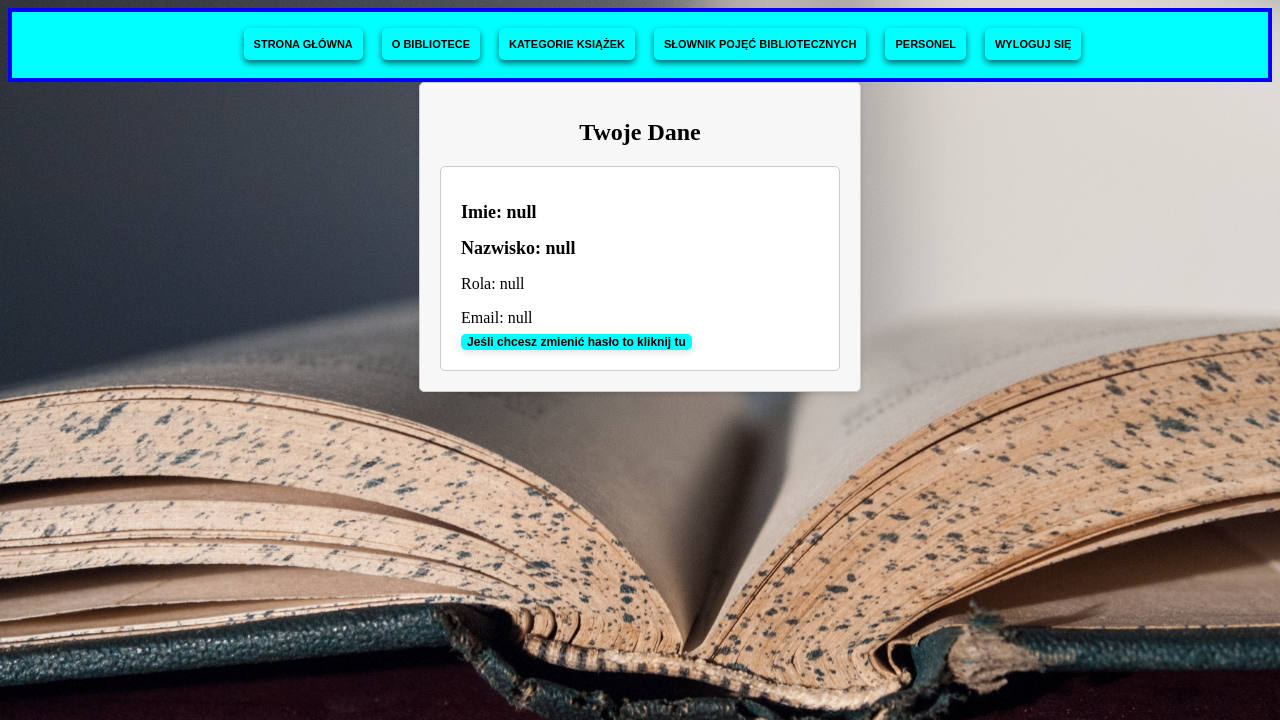
Repository: Dominik098/projekt
Page: http://localhost/biblioteka/info_o_koncie.jsp
An editor plug-in stored every save of this project. The page is shown before and after the next save, followed by the edit.
The browser window is 1280 px wide. The pictures show the whole page.
The page is served by Tomcat 9. Other server files are loaded and not shown.

Above is the page before, as saved 2023-06-23 20:18:01.

### java projekt/biblioteka/src/main/webapp/info_o_koncie.jsp
 <%@ page language="java" contentType="text/html; charset=UTF-8"%>
<!DOCTYPE html>
<html>
<head>
  <title>Informacje o użytkowniku</title>
  <link rel="stylesheet" type="text/css" href="info_uz.css">
</head>
<body>

  <header>
    <nav>
      <ul>
        <li class="znacznik"><a href="A_strona-gl.jsp"><button class="pobierz">Strona główna</button></a></li>
        <li class="znacznik"><a href="B_O bibiotece.jsp"><button class="pobierz">O bibliotece</button></a></li>
        <li class="znacznik"><a href="C_Kategorie-książek.jsp"><button class="pobierz">Kategorie książek</button></a></li>
        <!--   <li><a href="D_Wypożyczenia.jsp"><button class="pobierz" >Wypożyczane </a></li>-->
        <li class="znacznik"><a href="E_Słownik pojęć.jsp"><button class="pobierz">Słownik pojęć bibliotecznych</button></a></li>
        <li class="znacznik"><a href="F_personel.jsp"><button class="pobierz">Personel</button></a></li>
        <!-- <li class="znacznik"><a href="G_login.jsp">Logowanie</a></li>
        <li class="znacznik"><a href="H_rejestracja.jsp">Rejestracja</a></li>-->

        <li><a href="#" onclick="confirmLogout()"><button class="pobierz">Wyloguj się</button></a></li>
      </ul>
    </nav>
  </header>




  <div class="container">
    <h1>Twoje Dane</h1>
    <div class="user-info">
      <div class="user-details">
        <h2>Imie: <%=session.getAttribute("aimie") %></h2>
        <h2>Nazwisko: <%=session.getAttribute("anazwisko") %></h2>
        <p>Rola: <%=session.getAttribute("administrator") %></p>
        <p>Email: <%=session.getAttribute("email-login") %></p>
        <a href="forgotPassword.jsp"><button class="klik">Jeśli chcesz zmienić hasło to kliknij tu</button></a>


      </div>
    </div>
  </div>
</body>
</html>

### java projekt/biblioteka/src/main/webapp/info_uz.css
body {
  background-image: url(zdj.jpg);
  background-size: 1400px;
}

header {
  border: 4px;
  background-color: aqua;
  border: 4px solid blue;
  padding-bottom: 2px;
}
.nav {
  text-align: center;
  padding: 10px;

}
ul li {
  display: inline;
  margin-left: 5px;
  padding: 5px;


}

ul {
  text-align: center;
}
.pobierz{

  display: inline-block;
  padding: 10px 10px;
  font-size: 11px;
  font-weight: bold;
  text-align: center;
  text-transform: uppercase;
  color: black;
  background-color:  aqua;
  border: none;
  border-radius: 5px;
  box-shadow: 0 3px 6px rgba(0, 0, 0, 0.6);
  cursor: pointer;
  transition: background-color 0.3s ease;
}

.pobierz:hover {
  background-color: #0056b3;
}

.container {
  width: 400px;
  margin: 0 auto;
  padding: 20px;
  background-color: #f7f7f7;
  border: 1px solid #ccc;
  border-radius: 5px;
  box-shadow: 0 2px 5px rgba(0, 0, 0, 0.1);
}

h1 {
  text-align: center;
  font-size: 24px;
  margin-bottom: 20px;
}

.user-info {
  margin-top: 20px;
}

.user-details {
  background-color: #fff;
  padding: 20px;
  border: 1px solid #ccc;
  border-radius: 5px;
}

h2 {
  font-size: 18px;
  margin-bottom: 10px;
}

p {
  margin-bottom: 5px;
}
.klik {
  background-color: transparent;
  border: none;
  cursor: pointer;
  background-color:  aqua;
  border: none;
  border-radius: 5px;
  box-shadow: 0 3px 6px rgba(0, 0, 0, 0.1);
  font-size: 12px;
  font-weight: bold;
  text-align: center;
}

.klik:hover {
  background-color: #0056b3;
  color: #ffffff;
}

After the next save:
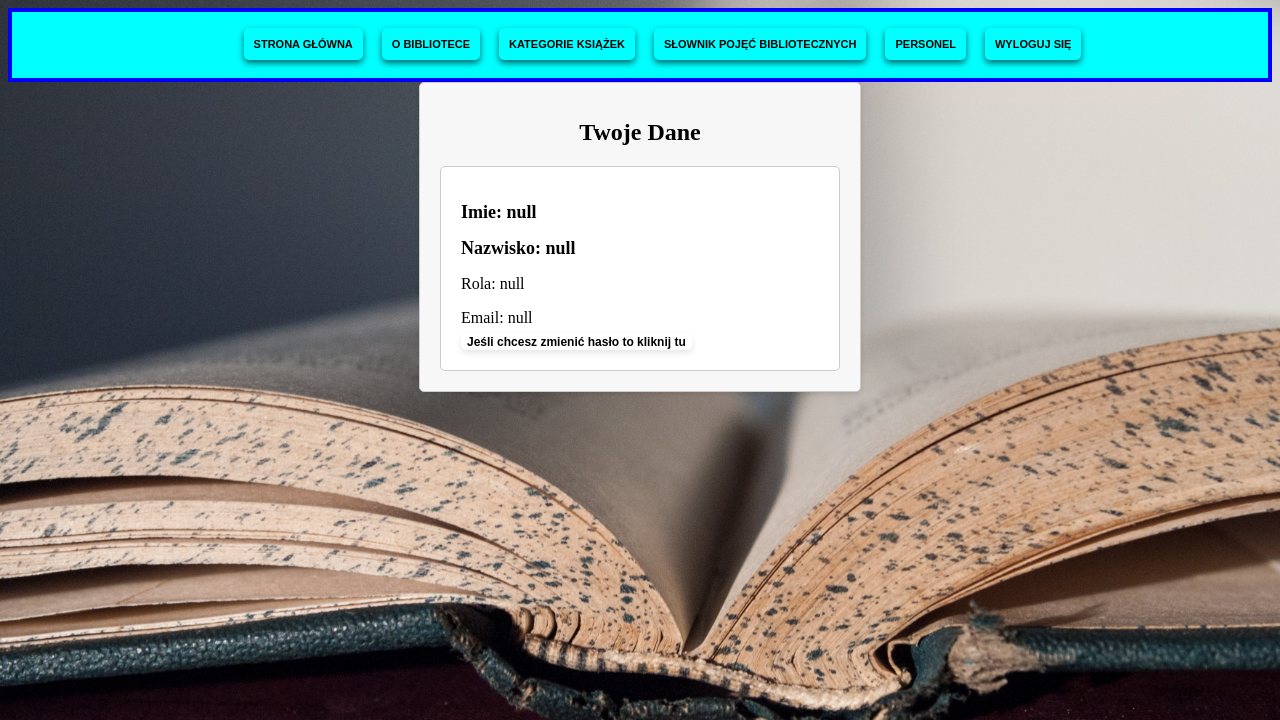
Saved 2 min 56 s later.
--- a/java projekt/biblioteka/src/main/webapp/info_uz.css
+++ b/java projekt/biblioteka/src/main/webapp/info_uz.css
@@ -85,7 +85,7 @@ p {
   background-color: transparent;
   border: none;
   cursor: pointer;
-  background-color:  aqua;
+ color:black;
   border: none;
   border-radius: 5px;
   box-shadow: 0 3px 6px rgba(0, 0, 0, 0.1);
